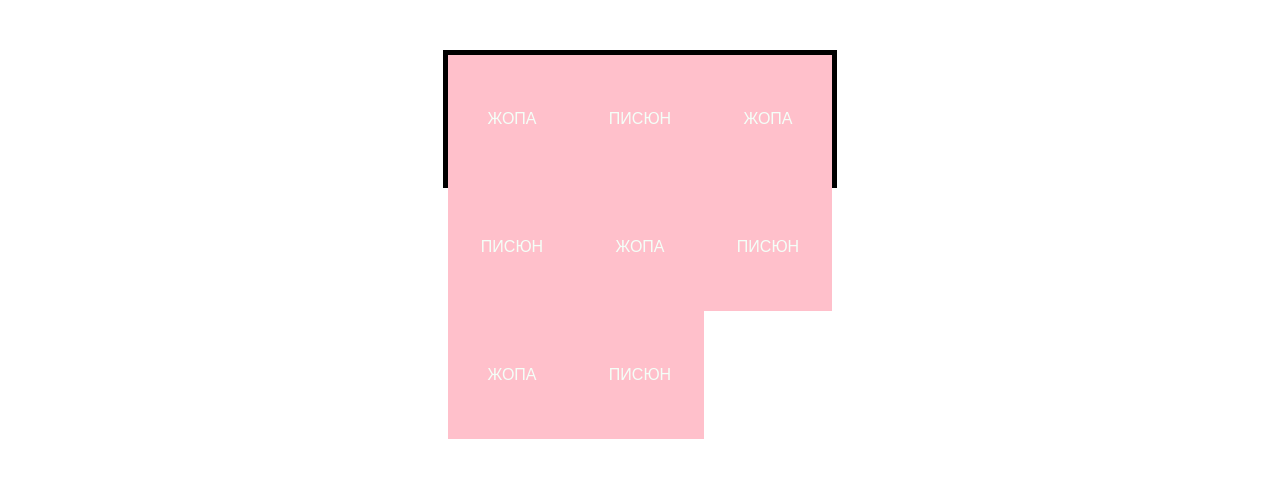
Repository: RobinKite/web_core_hws
Page: projects/slider.html
The author's editor kept a copy of each file at every save. The page is drawn from the files as they stood at one save, then again after the next save.
The browser window is 1280 px wide. The pictures show the whole page.

Above is the page before, as saved 2020-04-07 20:39:06.
Console error: TypeError: Cannot set properties of null (setting 'onclick')

### projects/slider.html
<!DOCTYPE html>
<html lang="en">

<head>
    <meta charset="UTF-8">
    <meta name="viewport" content="width=device-width, initial-scale=1.0">
    <script src="scripts/main.js" defer></script>
    <link href="styles/style.css" rel="stylesheet">

    <title>Document</title>
</head>

<body>
    <div id="slider">
        <div class="line">
            <div class="line-item">ЖОПА</div>
            <div class="line-item">ПИСЮН</div>
            <div class="line-item">ЖОПА</div>
            <div class="line-item">ПИСЮН</div>
            <div class="line-item">ЖОПА</div>
            <div class="line-item">ПИСЮН</div>
            <div class="line-item">ЖОПА</div>
            <div class="line-item">ПИСЮН</div>
        </div>
    </div>
</body>

</html>

### projects/scripts/main.js
document.getElementById('slider-left').onclick = sliderLeft;

function sliderLeft() {
    var album_list = document.getElementById('album-list');
    album_list.style.left = -128 + 'px';
}

### projects/styles/style.css
* {
    box-sizing: border-box;
    padding: 0;
    margin: 0;
    /* outline: 1px solid #171523; */
}

*,
*::before,
*::after {
    box-sizing: inherit;
}

img {
    display: block;
    max-width: 100%;
    object-fit: cover;
}

body,
a,
.submenu button {
    font-family: sans-serif;
    color: #f4fff8;
}

.container {
    width: 1000px;
    margin: 0 auto;
}

header {
    top: 0;
}

footer {
    bottom: 0;
}

header,
footer {
    position: fixed;
    width: 100%;
    background-color: #171523;
    z-index: 1;
}

a {
    text-decoration: none;
}

ul {
    list-style-type: none;
}


/* *** */

.menu {
    position: relative;
}

.submenu {
    padding: 16px;
    display: none;
    position: absolute;
    background-color: #171523;
}

.menu:hover>.submenu {
    display: block;
}

.submenu-item:hover {
    background-color: rgb(151, 66, 71);
}

.submenu-item {
    padding: 4px 8px;
    white-space: nowrap;
}

.submenu-item:not(:last-child) {
    margin-bottom: 16px;
}

.submenu button {
    cursor: pointer;
    background-color: transparent;
    border: none;
}


/* *** */

.header-nav,
.footer-nav {
    height: 50px;
    display: flex;
    justify-content: space-between;
    align-items: center;
}

.header-list {
    display: flex;
    justify-content: space-between;
    align-items: center;
}

.header-item>a {
    display: block;
    width: 25px;
    height: 25px;
    background-repeat: no-repeat;
    background-position: center;
    background-size: contain;
}

.header-item:not(:last-child) {
    margin-right: 20px;
}

.shop-icon {
    background-image: url(../img/icons/shopping-cart.png);
}

.home-icon {
    background-image: url(../img/icons/open-menu.png);
}

section {
    height: calc(100vh - 0px);
    display: flex;
    align-items: center;
}

section .container {
    display: flex;
    align-items: flex-end;
}

.first-column {
    flex-basis: 500px;
}

.second-column {
    margin-left: 50px;
    flex-basis: 450px;
}

p,
a {
    line-height: 26px;
    font-size: 15px;
}

.site-logo,
.button,
.shop-cost,
.shop-details,
.button a,
.album-name,
h3,
h2 {
    font-family: 'Archivo Black', sans-serif;
    text-transform: uppercase;
}

.site-logo {
    font-size: 30px;
}

h2 {
    line-height: 38px;
    font-size: 20px;
    margin-bottom: 20px;
}

h2::after {
    display: block;
    width: 80px;
    height: 3px;
    content: "";
    background-color: rgb(244, 255, 248);
    border-radius: 5px;
}

h3 {
    line-height: 60px;
    font-size: 60px;
    margin-bottom: 50px;
}

.button {
    text-align: center;
    display: block;
    width: 220px;
    padding: 6px 0;
    border: 2px solid #f4fff8;
    cursor: pointer;
}

.button:active,
.icon:active,
span:active {
    transform: scale(0.9, 0.9);
}

.button:active {
    background-color: #f4fff8;
}

.button:active>a {
    color: #171523;
}

.track-list {
    display: flex;
    justify-content: space-between;
    padding-right: 115px;
}

.track-list li:hover a,
.track-list li:hover {
    cursor: pointer;
    color: rgb(151, 66, 71);
}

.third-page .second-column {
    margin-top: 80px;
    margin-bottom: 0;
    align-self: center;
}

ol {
    list-style-type: decimal;
    margin-left: 18px;
}

ol li {
    padding-left: 25px;
}

.second-page p {
    width: 95%;
}

.second-page .second-column {
    position: relative;
    margin-bottom: 80px;
}

.album-list {
    position: absolute;
    display: flex;
}

.album-item {
    opacity: 0.5;
    text-align: center;
    border: 1px solid #f4fff8;
    width: 220px;
    height: 145px;
    display: flex;
    flex-direction: column;
    justify-content: space-around;
    align-items: center;
}

.album-item:first-child {
    opacity: 1;
}

.album-name {
    font-size: 22px;
}

.links {
    width: 100%;
    display: flex;
    justify-content: space-around;
    align-items: center;
}

.links>a::before {
    margin-right: 8px;
    content: "";
    width: 20px;
    height: 20px;
    background-repeat: no-repeat;
    background-position: center;
    background-size: contain;
}

.itunes,
.spotify {
    display: flex;
    align-items: center;
}

.itunes::before {
    background-image: url(../img/icons/itunes.png);
}

.spotify::before {
    background-image: url(../img/icons/spotify-sketch.png);
}

.indicators {
    display: flex;
    flex-wrap: nowrap;
}

.indicators span {
    border: 1px solid transparent;
    border-radius: 15px;
    padding: 8px;
    display: flex;
    align-items: flex-start;
    font-size: 18px;
    cursor: pointer;
    margin-right: 40px;
    margin-bottom: 35px;
}

.indicators span::before {
    display: inline-block;
    margin-right: 16px;
    content: "";
    width: 20px;
    height: 20px;
    background-repeat: no-repeat;
    background-position: center;
    background-size: contain;
}

.likes::before {
    background-image: url(../img/icons/heart.png);
}

.share::before {
    background-image: url(../img/icons/share.png);
}

.indicators span:hover {
    border: 1px solid #f4fff8;
}

.shop-cost {
    font-size: 24px;
    margin-bottom: 25px;
}

.shop-details {
    font-size: 22px;
    margin-bottom: 15px;
}

.shop-details~p {
    margin-bottom: 25px;
}

.first-page {
    background: linear-gradient(-90deg, rgba(151, 66, 71, 0.8), rgba(35, 44, 61, 0.8)), url(../img/1.jpg);
    background-repeat: no-repeat;
    background-position: center;
    background-size: cover;
}

.second-page {
    position: relative;
    z-index: -2;
    background: linear-gradient(90deg, rgba(151, 66, 71, 0.8), rgba(35, 44, 61, 0.8)), url(../img/2.jpg);
    background-repeat: no-repeat;
    background-position: center;
    background-attachment: fixed;
    background-size: cover;
}

.second-page::after {
    position: absolute;
    content: '';
    z-index: -1;
    width: 50%;
    height: 100%;
    background: linear-gradient(-90deg, rgba(151, 66, 71, 0.4), rgba(35, 44, 61, 1));
}

.third-page {
    background: linear-gradient(-90deg, rgba(151, 66, 71, 0.8), rgba(35, 44, 61, 0.8)), url(../img/3.jpg);
    background-repeat: no-repeat;
    background-position: center;
    background-size: cover;
}

.forth-page {
    background: linear-gradient(90deg, rgba(151, 66, 71, 0.95), rgba(35, 44, 61, 0.95)), url(../img/131061.jpg);
    background-repeat: no-repeat;
    background-position: left;
    background-size: cover;
}

.footer-list,
.footer-list-policy {
    display: flex;
    justify-content: space-between;
    align-items: center;
}

.footer-list {
    width: 220px;
}

.footer-list-policy {
    width: 360px;
}

.footer-list a {
    display: block;
    width: 20px;
    height: 20px;
    background-repeat: no-repeat;
    background-position: center;
    background-size: contain;
}

.twitter-icon {
    background-image: url(../img/icons/twitter.png);
}

.facebook-icon {
    background-image: url(../img/icons/facebook.png);
}

.instagram-icon {
    background-image: url(../img/icons/instagram.png);
}

.soundcloud-icon {
    background-image: url(../img/icons/soundcloud.png);
}

.spotify-icon {
    background-image: url(../img/icons/spotify-sketch.png);
}

.youtube-icon {
    background-image: url(../img/icons/youtube.png);
}


/* *** */

.test {
    display: flex;
    flex-direction: column;
}

.item-opened {
    display: flex;
    width: 100%;
    align-items: center;
    justify-content: space-around;
    margin-bottom: 50px;
}

.mySlides {
    display: none;
}

.cursor {
    cursor: pointer;
}

.prev,
.next {
    cursor: pointer;
    width: 10px;
    padding: 10px;
    font-weight: bold;
    font-size: 20px;
    border-radius: 10%;
    user-select: none;
    -webkit-user-select: none;
}

.prev:hover,
.next:hover {
    background-color: #171523;
}

.row {
    width: 100%;
    display: flex;
}

.column {
    padding: 0 20px;
    border: 2px solid #f4fff8;
    width: 33.3%;
}

.demo {
    opacity: 0.4;
}

.active,
.demo:hover {
    opacity: 1;
}


/* *** */

input[type=text],
input[type=password] {
    padding: 15px;
    margin: 5px 0 10px 0;
    display: block;
    border: none;
    border-radius: 3px;
}

input[type=text]:focus,
input[type=password]:focus {
    outline: none;
}

.modal-buttons {
    display: flex;
    justify-content: space-between;
}

form h4 {
    font-size: 20px;
}

form button {
    color: #f4fff8;
    background-color: rgb(66, 151, 70);
    padding: 14px 20px;
    margin: 8px 0;
    border: none;
    border-radius: 3px;
    cursor: pointer;
    width: 100%;
    opacity: 0.9;
}

form button:hover {
    opacity: 1;
}

.cancelbtn {
    background-color: rgb(151, 66, 71);
}

.cancelbtn,
.signupbtn {
    width: 40%;
}

.modal {
    display: none;
    position: fixed;
    z-index: 2;
    left: 0;
    top: 0;
    justify-content: center;
    align-items: center;
    width: 100%;
    height: 100%;
    overflow: auto;
    background-color: rgba(0, 0, 0, 0.8);
}

.modal-content {
    position: relative;
    border-radius: 5px;
    padding: 35px;
    background-color: rgb(35, 44, 61);
    width: 500px;
}

.modal-line::after {
    display: block;
    width: 80%;
    height: 3px;
    content: "";
    background-color: #f4fff8;
    border-radius: 5px;
    margin-bottom: 5px;
}

.close {
    position: absolute;
    right: 35px;
    top: 35px;
    font-size: 40px;
    line-height: 25px;
    font-weight: bold;
    color: #f4fff8;
}

.close:hover,
.close:focus {
    color: rgb(151, 66, 71);
    cursor: pointer;
}

@media screen and (max-width: 300px) {
    .cancelbtn,
    .signupbtn {
        width: 100%;
    }
}


/* ********************************************** */

#slider {
    width: 384px;
    height: 128px;
    border: 5px solid black;
    margin: 50px auto;
}

.line div {
    display: flex;
    justify-content: center;
    align-items: center;
    float: left;
    background-color: pink;
    width: 128px;
    height: 128px;
}

After the next save:
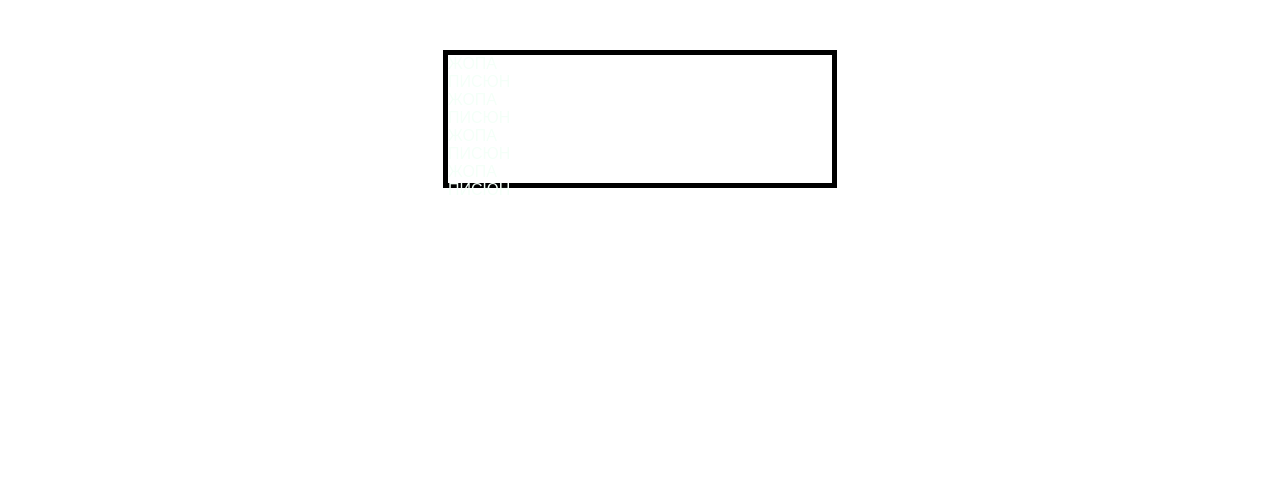
Saved 78 s later.
--- a/projects/styles/style.css
+++ b/projects/styles/style.css
@@ -625,7 +625,7 @@
     margin: 50px auto;
 }
 
-.line div {
+#line div {
     display: flex;
     justify-content: center;
     align-items: center;
@@ -634,3 +634,9 @@
     width: 128px;
     height: 128px;
 }
+
+#line::after {
+    content: "";
+    clear: both;
+    display: block;
+}
